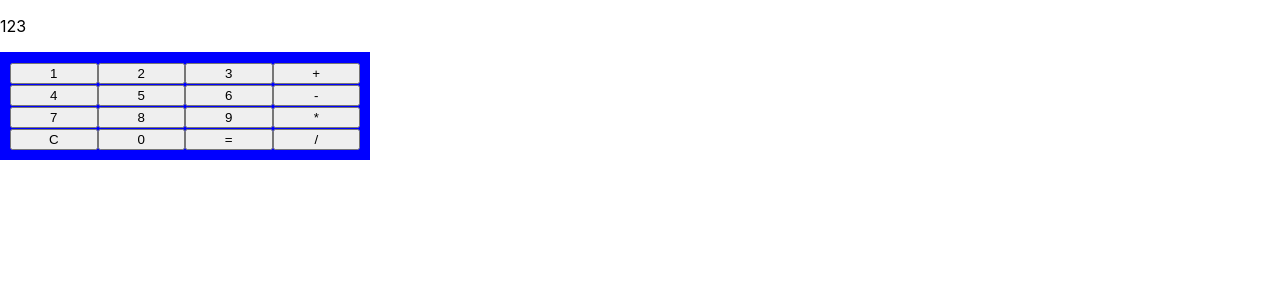
Repository: qudos4real/calculator
Page: /
These files come from the project's save history. The page is drawn as it stood at one moment and after the next save; the edit follows.
The browser window is 1280 px wide. The pictures show the whole page.
The project was rebuilt for these pictures with package versions that can differ from the ones it lists, and the page was loaded fresh each time.

Above is the page before, as saved 2022-10-09 01:19:45.

### src/index.css
body {
  margin: 0;
  font-family: -apple-system, BlinkMacSystemFont, 'Segoe UI', 'Roboto', 'Oxygen',
    'Ubuntu', 'Cantarell', 'Fira Sans', 'Droid Sans', 'Helvetica Neue',
    sans-serif;
  -webkit-font-smoothing: antialiased;
  -moz-osx-font-smoothing: grayscale;
}

code {
  font-family: source-code-pro, Menlo, Monaco, Consolas, 'Courier New',
    monospace;
}
   border: 10px solid black;

### src/App.js
import React, { useState } from "react";
import Buttons from "./components/Buttons";
import Screen from "./components/Screen";



function App() {
  let [calc, setCalc] = useState({
    sign: "",
    num: 0,
    res: 0,
  })
  return (
    <div>
      <Screen value={calc.num ? calc.num : calc.res} />
      <Buttons value={calc.num} onClick={() => {
              console.log(`${num} clicked`);
            }}/>
    </div>
  );
}

export default App;

### src/components/Buttons.js
import React from "react";
import "./Buttons.css";


const numbers = [
  [1, 2, 3, "+"],
  [4, 5, 6, "-"],
  [7, 8, 9, "*"],
  ["C", 0, "=", "/"],
];

function Buttons() {
  return (
    <div className="buttonWrapper">
      {numbers.flat().map((num) => {
        return (
          <button
            key={num}
            className="num"
            value={num}
            onClick={() => {
              console.log(`${num} clicked`);
            }}
          >
            {num}
          </button>
        );
      })}

      {/* {numbers.map((num) => {
                return (
                    <button key={num} className="num" value={num} onClick={() => {
                        console.log(`${num} clicked`)
                    }
                    } >{num}</button>
                )
            })} */}
    </div>
  );
}

export default Buttons;

### src/components/Screen.js


import React from 'react'

function Screen() {
    return (
        <div className='screen'>
           <p>123</p>
        </div>
    )
}

export default Screen

### src/components/Buttons.css
.buttonWrapper {
    width: 350px;
    padding: 10px;
    background-color: blue;
}
.num {
    width: 25%;
}

Loaded but not shown: public/index.html (common file); src/index.js (common file)

After the next save:
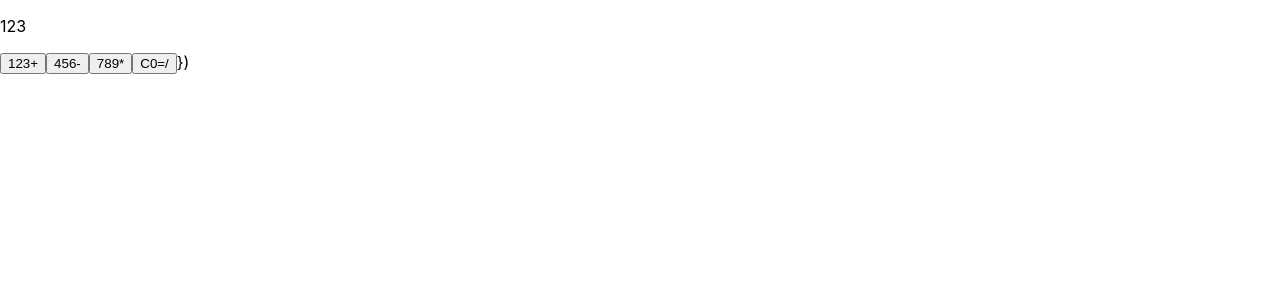
Saved 9 min 23 s later.
--- a/src/App.js
+++ b/src/App.js
@@ -3,6 +3,12 @@
 import Screen from "./components/Screen";
 
 
+const numbers = [
+  [1, 2, 3, "+"],
+  [4, 5, 6, "-"],
+  [7, 8, 9, "*"],
+  ["C", 0, "=", "/"],
+];
 
 function App() {
   let [calc, setCalc] = useState({
@@ -13,9 +19,14 @@
   return (
     <div>
       <Screen value={calc.num ? calc.num : calc.res} />
-      <Buttons value={calc.num} onClick={() => {
-              console.log(`${num} clicked`);
-            }}/>
+      {numbers.map((num) => {
+        return (
+          <button>
+            {num}
+          </button>
+        )
+      })}
+      })
     </div>
   );
 }
